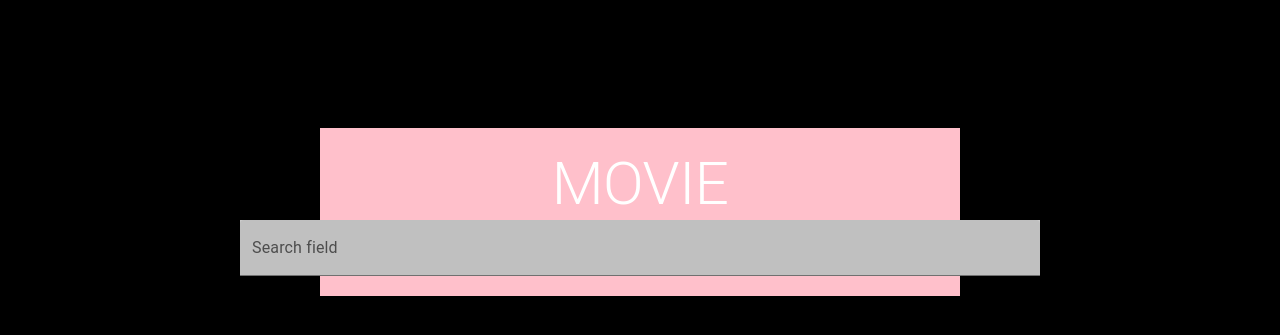
Repository: songjiwon17/movie
Page: /
These files come from the project's save history. The page is drawn as it stood at one moment and after the next save; the edit follows.
The browser window is 1280 px wide. The pictures show the whole page.
The project was rebuilt for these pictures with package versions that can differ from the ones it lists, and the page was loaded fresh each time. Also part of the build but not shown: src/component/Login.js.

Above is the page before, as saved 2024-01-04 21:52:03.

### src/App.js
import { BrowserRouter, Route, Routes } from 'react-router-dom';
import './App.css';
import Home from './component/Home';
import Login from './component/Login';

function App() {
  return (
    <>
      <BrowserRouter>
        <Routes>
          <Route path='/' element={<Home/>}></Route>
          <Route path='login' element={<Login/>}></Route>
        </Routes>
      </BrowserRouter>
    </>
  );
}

export default App;

### src/App.css
@charset "UTF-8";

/* base */
* {
  padding: 0;
  margin: 0;
  box-sizing: border-box;
  font-family: "Noto Sans KR", "맑은 고딕", "Apple SD Gothic Neo", sans-serif;
  color: #fff;
  font-size: 16px;
}

li {
  list-style: none;
}

a {
  display: block;
  text-decoration: none;
}

img {
  display: block;
  border: none;
}

/* Home */
body{
  background-color: #000;
}

.home{
  display: flex; flex-direction: column; justify-content: center; align-items: center;
  width: 50%;
  padding: 20px; margin: 10% auto;
  background-color: pink;
}

### src/component/Home.js
import {Link} from 'react-router-dom';
import Header from "./Header";
import SearchForm from './SearchForm';

function Home(){
    return(
        <div className="home">
            <Link to='/'><Header/></Link>
            <SearchForm/>
        </div>
    )
}
export default Home;

### src/component/Header.js
import { Typography } from "@mui/material";

function Header(){
    return(
        <div>
            <Typography variant="h2" align="center">MOVIE</Typography>
        </div>
    )
}
export default Header;

### src/component/SearchForm.js
import TextField from '@mui/material/TextField';

function SearchForm(){
    return(
        <>
        <TextField
        style={{
            width: 800,
            border: '10px',
            background: '#ccc'

        }}
          id="filled-search"
          label="Search field"
          type="search"
          variant="filled"
        />
        </>
    )
}
export default SearchForm;

Loaded but not shown: public/index.html (common file); src/index.js (common file); src/index.css (common file); src/reportWebVitals.js (common file)

After the next save:
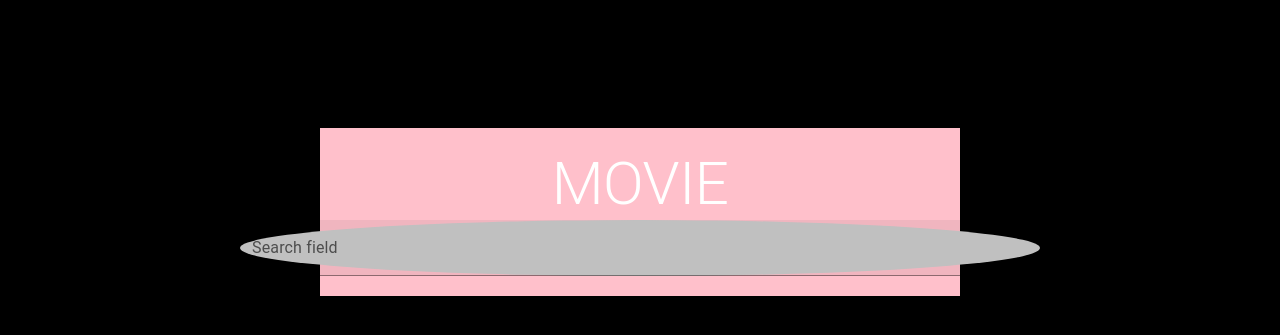
Saved 15 s later.
--- a/src/component/SearchForm.js
+++ b/src/component/SearchForm.js
@@ -6,7 +6,7 @@
         <TextField
         style={{
             width: 800,
-            border: '10px',
+            borderRadius: '50%',
             background: '#ccc'
 
         }}

After the save that followed:
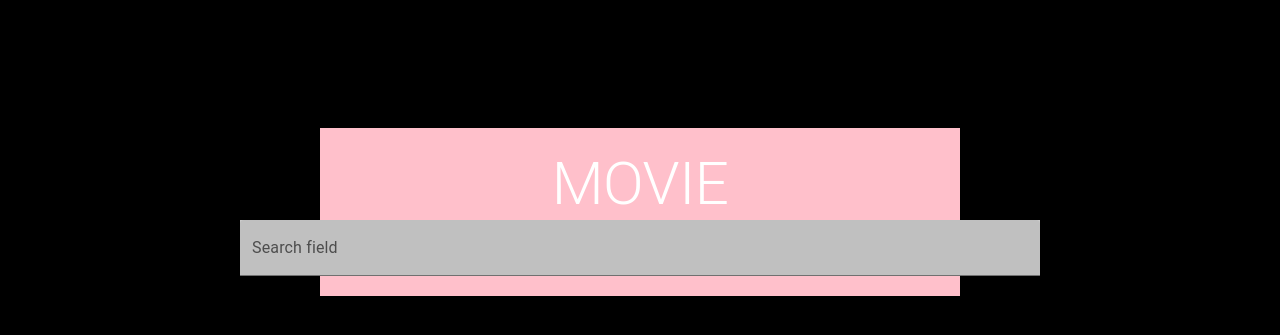
Saved 19 s later.
--- a/src/component/SearchForm.js
+++ b/src/component/SearchForm.js
@@ -6,7 +6,6 @@
         <TextField
         style={{
             width: 800,
-            borderRadius: '50%',
             background: '#ccc'
 
         }}
